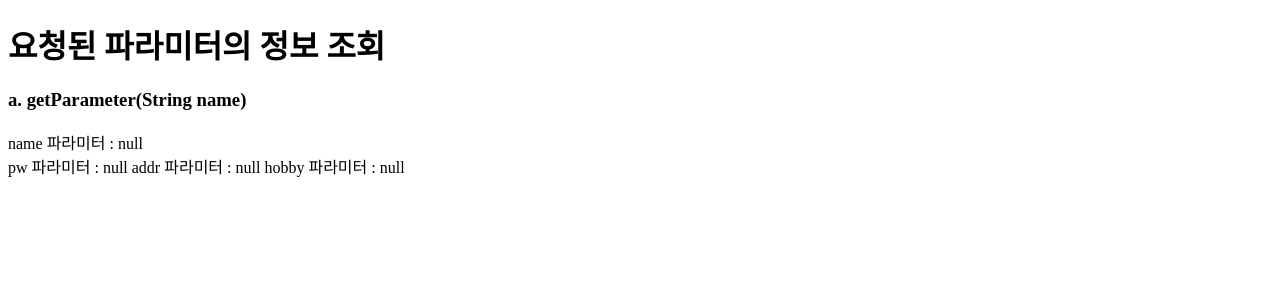
Repository: HongMW/study
Page: http://localhost/jsp01_basic/jsp02_elements/jsp09_parameters_view.jsp
An editor plug-in stored every save of this project. The page is shown before and after the next save, followed by the edit.
The browser window is 1280 px wide. The pictures show the whole page.
The page is served by Tomcat 9.

Above is the page before, as saved 2022-12-12 02:52:56.

After the next save:
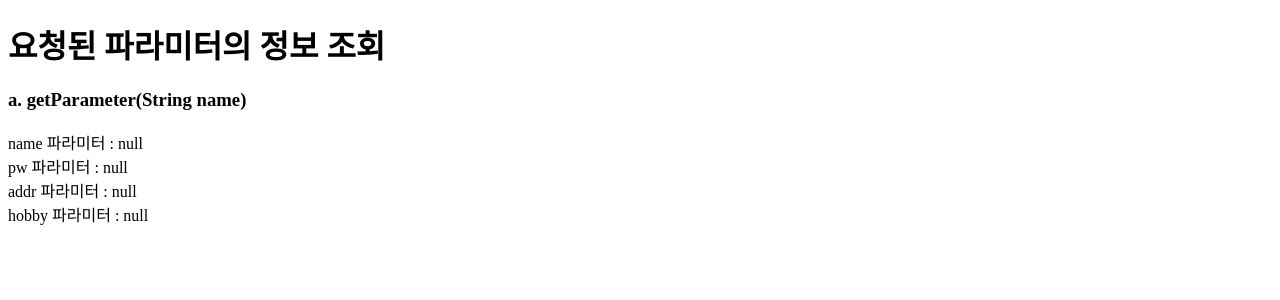
Saved 27 s later.
--- a/04.jsp/jsp01_basic/WebContent/jsp02_elements/jsp09_parameters_view.jsp
+++ b/04.jsp/jsp01_basic/WebContent/jsp02_elements/jsp09_parameters_view.jsp
@@ -23,8 +23,8 @@
 	<h1>요청된 파라미터의 정보 조회</h1>
 	<h3>a. getParameter(String name)</h3>
 	name 파라미터 : <%= request.getParameter("name") %><br>
-	pw   파라미터 : <%= request.getParameter("pw") %>
-	addr  파라미터 : <%= request.getParameter("addr") %>
-	hobby 파라미터 : <%= request.getParameter("hobby") %>
+	pw   파라미터 : <%= request.getParameter("pw") %><br>
+	addr  파라미터 : <%= request.getParameter("addr") %><br>
+	hobby 파라미터 : <%= request.getParameter("hobby") %><br>
 </body>
 </html>
